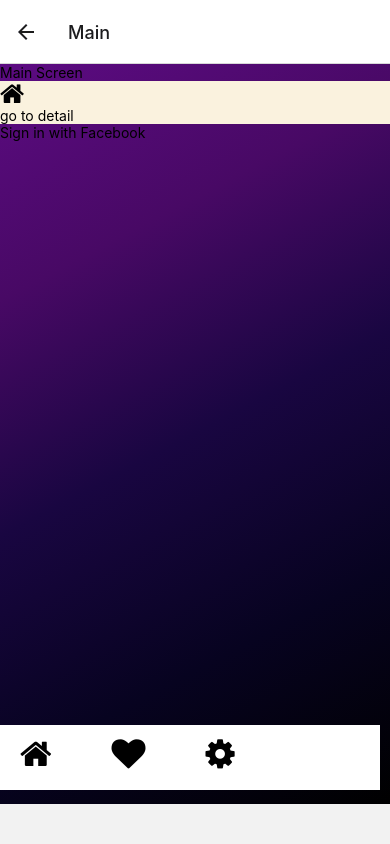
Repository: eyebone/barManager
Screen: /Main
An editor plug-in stored every save of this project. The screen is shown before and after the next save, followed by the edit.
The app was drawn by React Native's web renderer in a window 390 px wide. The project was rebuilt for these pictures with package versions that can differ from the ones it lists, and the page was loaded fresh each time. Also part of the build but not shown: components/EmojiPicker.js, components/Button.js, components/ImageViewer.js, components/circleButton.js, components/IconButton.js, view/ViewOne.js, view/Sign.js.

Above is the screen before, as saved 2023-06-26 17:29:06.

### App.js
// In App.js in a new project

import * as React from "react";
import { Button, View, Text, StyleSheet, Pressable, Alert } from "react-native";
// import React-native from 'react-native';
import { NavigationContainer } from "@react-navigation/native";
import { createNativeStackNavigator } from "@react-navigation/native-stack";
import { ViewOne } from "./view/ViewOne";
import { SignView } from "./view/Sign";
import { LinearGradient } from "expo-linear-gradient";
import FontAwesome from "react-native-vector-icons/FontAwesome";
import { MainView } from "./view/Main";

function HomeScreen({ navigation }) {
  return (
    <View style={styles.container}>
      <LinearGradient
        start={{ x: 0, y: 0 }}
        end={{ x: 1, y: 1 }}
        colors={["#5c0b82", "#480965", "#190641", "#070320", "#000000"]}
        style={styles.linearGradient}
      >
        <Text>Home Screen</Text>
        <Pressable
          style={(styles.button, { backgroundColor: "#faf2de" })}
          onPress={() => navigation.push("test")}
        >
          <FontAwesome name="home" size={26} style={{ paddingRight: 8 }} />
          <Text>go to detail</Text>
        </Pressable>

        <Button
          title="Go to Sign"
          onPress={() => navigation.navigate("sign")}
        />
        <Text style={styles.buttonText}>Sign in with Facebook</Text>
      </LinearGradient>
    </View>
  );
}

const Stack = createNativeStackNavigator();

function App() {
  return (
    <NavigationContainer style={styles.container}>
      <Stack.Navigator initialRouteName="Home">
        <Stack.Screen
          name="Home"
          component={HomeScreen}
          // options={{ title: "Overview", backgroundColor: "transparent" }}
          options={{ headerShown: false }}
        />
        <Stack.Screen name="test" component={ViewOne} />
        <Stack.Screen name="sign" component={SignView}
          options={{ headerShown: false }}
        />
        <Stack.Screen name="Main" component={MainView} />
      </Stack.Navigator>
    </NavigationContainer>
  );
}

export default App;

const styles = StyleSheet.create({
  container: {
    flex: 1,
    flexDirection: "column",
    backgroundColor: "#000000",
    //    alignItems: 'center',
  },
  linearGradient: {
    height: 740,
  },
  button: {
    borderRadius: 10,
    width: 300,
    height: 30,
    alignItems: "center",
    justifyContent: "center",
    flexDirection: "row",
  },
});

### view/Main.js
// 这是主界面

import { useState } from "react";
import { StatusBar } from "expo-status-bar";
import { StyleSheet, View } from "react-native";
import * as ImagePicker from "expo-image-picker";
import EmojiPicker from "../components/EmojiPicker";
import Button from "../components/Button";
import ImageViewer from "../components/ImageViewer";
import CircleButton from "../components/circleButton";
import IconButton from "../components/IconButton";
import { NavigationContainer } from "@react-navigation/native";
import { createNativeStackNavigator } from "@react-navigation/native-stack";
import { Text, Pressable } from "react-native";
import { NavigationBar } from "../components/NavigationBar";
import { LinearGradient } from "expo-linear-gradient";
import FontAwesome from "react-native-vector-icons/FontAwesome";

export function MainView({ navigation }) {
  return (
    <LinearGradient
      start={{ x: 0, y: 0 }}
      end={{ x: 1, y: 1 }}
      colors={["#5c0b82", "#480965", "#190641", "#070320", "#000000"]}
      style={styles.linearGradient}
    >
      <Text>Main Screen</Text>
      <Pressable
        style={(styles.button, { backgroundColor: "#faf2de" })}
        onPress={() => navigation.push("Home")}
      >
        <FontAwesome name="home" size={26} style={{ paddingRight: 8 }} />
        <Text>go to detail</Text>
      </Pressable>

      <Text style={styles.buttonText}>Sign in with Facebook</Text>
      <NavigationBar />
    </LinearGradient>
  );
}

const styles = StyleSheet.create({
  container: {
    flex: 1,
    flexDirection: "column",
    backgroundColor: "#000000",
    //    alignItems: 'center',
  },
  linearGradient: {
    height: 740,
  },
  button: {
    borderRadius: 10,
    width: 300,
    height: 30,
    alignItems: "center",
    justifyContent: "center",
    flexDirection: "row",
  },
});

### components/NavigationBar.js
//这是底部导航栏
import { StatusBar } from "expo-status-bar";
import { StyleSheet, View, Text } from "react-native";
import Button from "../components/Button";
import ImageViewer from "../components/ImageViewer";
import * as ImagePicker from "expo-image-picker";
import { useState } from "react";
const PlaceholderImage = require("../assets/images/background-image.png");
import * as React from "react";
import FontAwesome from "react-native-vector-icons/FontAwesome";
import {
  FlatList,
  Image,
  Platform,
  Pressable,
  PixelRatio,
  TextInput,
  Alert,
} from "react-native";
import { NavigationContainer } from "@react-navigation/native";
import { createNativeStackNavigator } from "@react-navigation/native-stack";
import { LinearGradient } from "expo-linear-gradient";

export function NavigationBar({ navigation }) {
  return (
    <View style={styles.bar}>
      <Pressable
        style={{ marginLeft: 20, marginTop: 12 }}
        onPress={() => navigation.push("Home")}
      >
        <FontAwesome name="home" size={34}></FontAwesome>
      </Pressable>
      <Pressable>
        <FontAwesome
          name="heart"
          size={34}
          style={{ marginLeft: 60, marginTop: 12 }}
        ></FontAwesome>
      </Pressable>
      <Pressable>
        <FontAwesome
          name="cog"
          size={34}
          style={{ marginLeft: 60, marginTop: 12 }}
        ></FontAwesome>
      </Pressable>
    </View>
  );
}

const styles = StyleSheet.create({
  bar: {
    width: 380,
    height: 65,
    backgroundColor: "#fff",
    marginTop: 584,
    flexDirection: "row",
  },
});

After the next save:
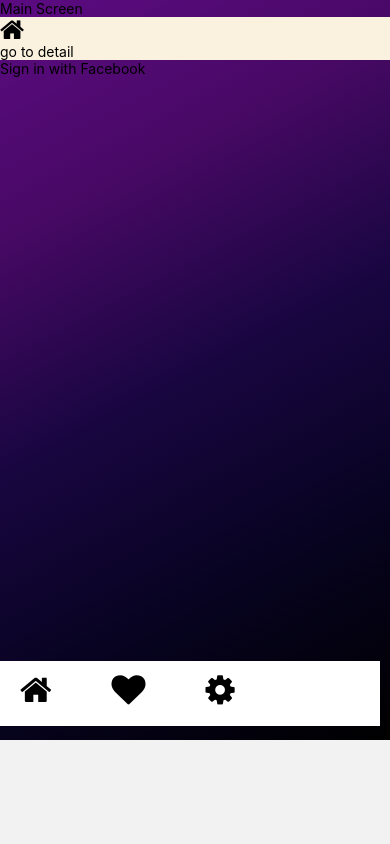
Saved 81 s later.
--- a/App.js
+++ b/App.js
@@ -55,7 +55,9 @@ function App() {
         <Stack.Screen name="sign" component={SignView}
           options={{ headerShown: false }}
         />
-        <Stack.Screen name="Main" component={MainView} />
+        <Stack.Screen name="Main" component={MainView}
+          options={{ headerShown: false }}
+        />
       </Stack.Navigator>
     </NavigationContainer>
   );
